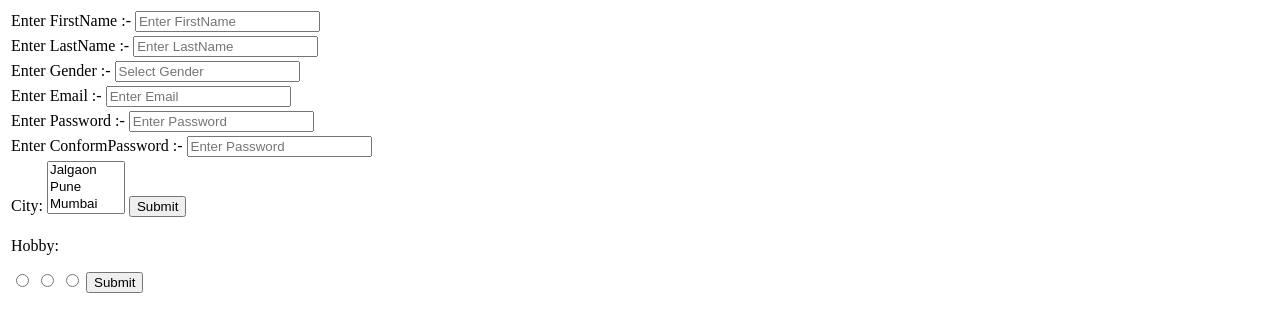
Repository: shzkhar/ISM_ADV_JAVA_23
Page: http://localhost/JSPRegiDemo/Regi.jsp
The author's editor kept a copy of each file at every save. The page is drawn from the files as they stood at one save, then again after the next save.
The browser window is 1280 px wide. The pictures show the whole page.
The page is served by Tomcat 9. Other server files are loaded and not shown.

Above is the page before, as saved 2023-04-01 10:17:14.

### JSPRegiDemo/src/main/webapp/Regi.jsp
<%@ page language="java" contentType="text/html; charset=ISO-8859-1"
    pageEncoding="ISO-8859-1"%>
<!DOCTYPE html>
<html>
<head>
<meta charset="ISO-8859-1">
<title>Insert title here</title>
</head>
<body>
    <form action="Registration" method="post">
        <table>
        <tr>
           <td> Enter FirstName :- <input text="type" name="firstname" placeholder="Enter FirstName"/><td></tr>
          <tr> <td> Enter LastName :- <input text="type" name="lastname" placeholder="Enter LastName"/><td></tr>
            <tr> <td> Enter Gender :- <input text="type" name="gender" placeholder="Select Gender"/> </tr> </td>
            <tr> <td> Enter Email :- <input text="type" name="email" placeholder="Enter Email"/></tr> </td>
            <tr> <td> Enter Password :- <input text="password" name="pass" placeholder="Enter Password"/></tr> </td>
            <tr> <td> Enter ConformPassword :- <input text="password" name="cnfpass" placeholder="Enter Password"/></tr> </td>
            <tr> <td> <label for="City">City:</label>
    <select id="city" name="city" size="3">
    <option value="Jalgaon">Jalgaon</option>
    <option value="Pune">Pune</option>
    <option value="Mumbai">Mumbai</option>
    <option value="Ahmedabad">Ahmedabad</option>
  </select>
  <input type="submit"></tr> </td>

           <tr><td> <p>Hobby:</p>
  <input type="radio" id="hobbi1" name="Hobbi" value="Cricket">

  <input type="radio" id="hobbi2" name="Hobbi" value="60">

  <input type="radio" id="hobbi3" name="Hobbi" value="100">

  <input type="submit" value="Submit"></tr> </td>

        <tr>
        </table>
    </form>
</body>
</html>

After the next save:
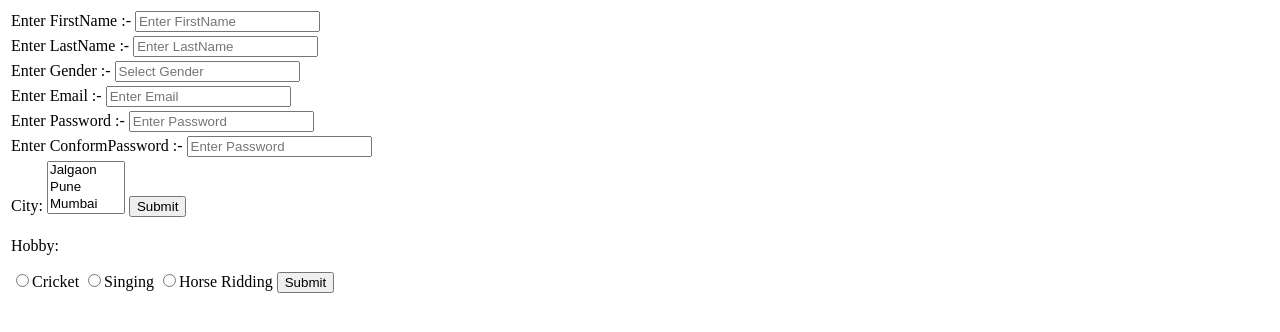
Saved 2 min 1 s later.
--- a/JSPRegiDemo/src/main/webapp/Regi.jsp
+++ b/JSPRegiDemo/src/main/webapp/Regi.jsp
@@ -26,11 +26,11 @@
   <input type="submit"></tr> </td>
 
            <tr><td> <p>Hobby:</p>
-  <input type="radio" id="hobbi1" name="Hobbi" value="Cricket">
+  <input type="radio" id="hobbi1" name="Hobbi" value="Cricket">Cricket
 
-  <input type="radio" id="hobbi2" name="Hobbi" value="60">
+  <input type="radio" id="hobbi2" name="Hobbi" value="60">Singing
 
-  <input type="radio" id="hobbi3" name="Hobbi" value="100">
+  <input type="radio" id="hobbi3" name="Hobbi" value="100">Horse Ridding
 
   <input type="submit" value="Submit"></tr> </td>
 
